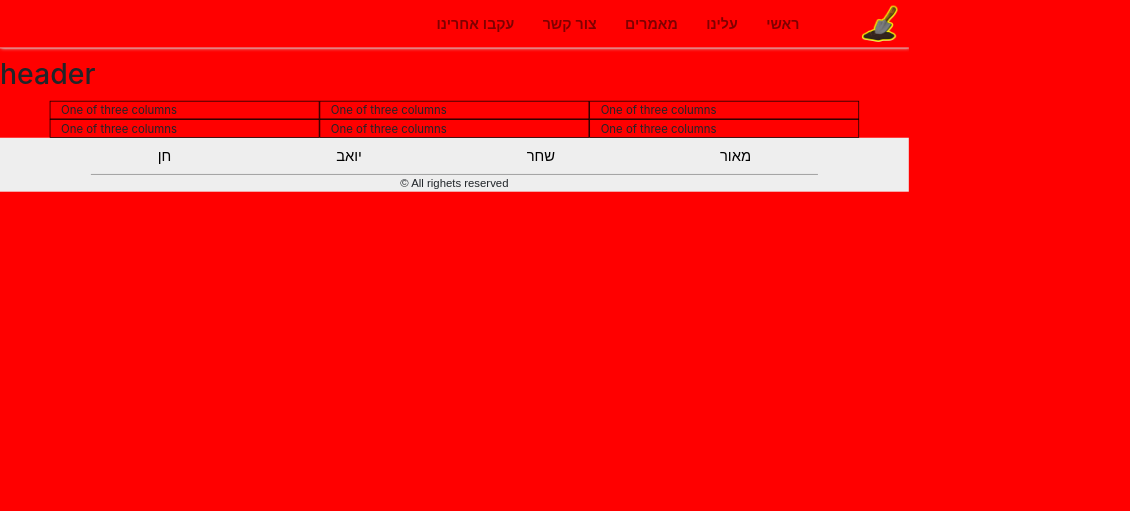
Repository: yoavBenZion/Blog-Zubi
Page: articlesPage.html
An editor plug-in stored every save of this project. The page is shown before and after the next save, followed by the edit.
The browser window is 1280 px wide. The page is 1280 px wide, then 1591 px, then 1280 px, so the pictures cover 1591 px, including what lies to the right of the window. The pictures show the whole page, at 71% of full size.
Some web fonts or font styles are not loaded; a fallback is used. Some web libraries are served in a nearby version.

Above is the page before, as saved 2017-10-26 11:30:46.

### articlesPage.html
<!DOCTYPE html>
<html lang="he">

<head>
    <meta charset="UTF-8">
    <meta name="viewport" content="width=device-width, initial-scale=1,user-scalable=no;">
    <title>החופרים</title>
    <link rel="stylesheet" href="https://maxcdn.bootstrapcdn.com/bootstrap/4.0.0-beta/css/bootstrap.min.css" integrity="sha384-/Y6pD6FV/Vv2HJnA6t+vslU6fwYXjCFtcEpHbNJ0lyAFsXTsjBbfaDjzALeQsN6M"
        crossorigin="anonymous">
    <link rel="stylesheet" href="https://maxcdn.bootstrapcdn.com/bootstrap/4.0.0-beta.2/css/bootstrap.min.css" integrity="sha384-PsH8R72JQ3SOdhVi3uxftmaW6Vc51MKb0q5P2rRUpPvrszuE4W1povHYgTpBfshb"
        crossorigin="anonymous">

    <script src="https://code.jquery.com/jquery-3.2.1.slim.min.js" integrity="sha384-KJ3o2DKtIkvYIK3UENzmM7KCkRr/rE9/Qpg6aAZGJwFDMVNA/GpGFF93hXpG5KkN"
        crossorigin="anonymous"></script>
    <script src="https://cdnjs.cloudflare.com/ajax/libs/popper.js/1.12.3/umd/popper.min.js" integrity="sha384-vFJXuSJphROIrBnz7yo7oB41mKfc8JzQZiCq4NCceLEaO4IHwicKwpJf9c9IpFgh"
        crossorigin="anonymous"></script>
    <script src="https://maxcdn.bootstrapcdn.com/bootstrap/4.0.0-beta.2/js/bootstrap.min.js" integrity="sha384-alpBpkh1PFOepccYVYDB4do5UnbKysX5WZXm3XxPqe5iKTfUKjNkCk9SaVuEZflJ"
        crossorigin="anonymous"></script>
    <link rel="stylesheet" href="css/Gridrispon.css" type="text/css">
    <link rel="stylesheet" href="css/header.css" type="text/css">
    <link rel="stylesheet" href="css/PopupRispon.css">
    <link rel="stylesheet" href="css/footer.css">
    <link rel="stylesheet" type="text/css" href="articlesPage.css">

</head>

<body dir="rtl">
    <header>

        <nav class="navbar navbar-expand-sm navbar-light bg-faded">
            <button class="navbar-toggler" type="button" data-toggle="collapse" data-target="#nav-content" aria-controls="nav-content"
                aria-expanded="false" aria-label="Toggle navigation">
                <span class="navbar-toggler-icon"></span>
            </button>
            <div class="logo">
                <img src="./img/shovel-575661_1280.png">
            </div>
            <!-- Brand -->
            <a class="navbar-brand" href="#"> </a>

            <!-- Links -->
            <div class="collapse navbar-collapse" id="nav-content">
                <ul class="navbar-nav">
                    <li class="nav-item">
                        <a class="nav-link" href="#1">ראשי</a>
                    </li>
                    <li class="nav-item">
                        <a class="nav-link" href="#2">עלינו</a>
                    </li>
                    <li class="nav-item">
                        <a class="nav-link" href="#5">מאמרים</a>
                    </li>
                    <li class="nav-item">
                        <a class="nav-link" href="contact.html">צור קשר</a>
                    </li>
                    <li class="nav-item">
                        <a class="nav-link" href="subscribe.html">עקבו אחרינו</a>
                    </li>
                </ul>

            </div>

        </nav>

    </header>


    <h1>header</h1>
    <div class="container">
        <div class="row">
            <div class="col">
                One of three columns
            </div>
            <div class="col">
                One of three columns
            </div>
            <div class="col">
                One of three columns
            </div>
        </div>
        <div class="row">
            <div class="col">
                One of three columns
            </div>
            <div class="col">
                One of three columns
            </div>
            <div class="col">
                One of three columns
            </div>
        </div>
    </div>

    <footer id="footer">
        <ul>
            <li class="box">
                <a class="button" href="#popup3">
                    מאור
                </a>
            </li>
            <li class="box">
                <a class="button" href="#popup2">
                    שחר
                </a>
            </li>
            <li class="box">
                <a class="button" href="#popup1">
                    יואב
                </a>
            </li>
            <li>
                <a class="button" href="#popup4">
                    חן
                </a>
            </li>
        </ul>
        </div>
        <!--yoav popup-->
        <div id="popup1" class="overlay">
            <div class="popup">
                <h2>Yoav Benzion</h2>
                <a class="close" href="#footer">&times;</a>
                <div class="content">
                    <div class="footer-social-icons">
                        <img class="avatar" src="img/yoav.jfif">
                        <p>front end web developer</p>
                        <h4 class="_14">Follow me on:</h4>
                        <ul class="social-icons">
                            <li>
                                <a href="https://www.facebook.com/yoav.benzion.5" target="_blank" class="social-icon">
                                    <i class="fa fa-facebook"></i>
                                </a>
                            </li>
                            <li>
                                <a href="https://twitter.com/Yoav_BenZion" target="_blank" class="social-icon">
                                    <i class="fa fa-twitter"></i>
                                </a>
                            </li>
                            <li>
                                <a href="https://github.com/yoavBenZion" target="_blank" class="social-icon">
                                    <i class="fa fa-github"></i>
                                </a>
                            </li>
                            <li>
                                <a href="https://codepen.io/yoavBZ/" target="_blank" class="social-icon">
                                    <i class="fa fa-codepen"></i>
                                </a>
                            </li>
                            <li>
                                <a href="https://www.linkedin.com/in/yoav-benzion-45818360/" target="_blank" class="social-icon">
                                    <i class="fa fa-linkedin"></i>
                                </a>
                            </li>
                            <li>
                                <a href="https://stackoverflow.com/users/8386160/yoav-b" target="_blank" class="social-icon">
                                    <i class="fa fa-stack-overflow"></i>
                                </a>
                            </li>
                        </ul>
                    </div>
                </div>
            </div>
        </div>
        <!--Shachar popup-->
        <div id="popup2" class="overlay">
            <div class="popup">
                <h2>Shachar</h2>
                <a class="close" href="#footer">&times;</a>
                <div class="content">
                    <div class="footer-social-icons">
                        <img class="avatar" src="img/kid.jpg">
                        <p>front end web developer</p>
                        <h4 class="_14">Follow me on:</h4>
                        <ul class="social-icons">
                            <li>
                                <a href="" class="social-icon">
                                    <i class="fa fa-facebook"></i>
                                </a>
                            </li>
                            <li>
                                <a href="" class="social-icon">
                                    <i class="fa fa-twitter"></i>
                                </a>
                            </li>
                            <li>
                                <a href="" class="social-icon">
                                    <i class="fa fa-github"></i>
                                </a>
                            </li>
                            <li>
                                <a href="" class="social-icon">
                                    <i class="fa fa-codepen"></i>
                                </a>
                            </li>
                            <li>
                                <a href="" class="social-icon">
                                    <i class="fa fa-linkedin"></i>
                                </a>
                            </li>
                            <li>
                                <a href="" class="social-icon">
                                    <i class="fa fa-stack-overflow"></i>
                                </a>
                            </li>
                        </ul>
                    </div>
                </div>
            </div>
        </div>

        <!--Maor popup-->

        <div id="popup3" class="overlay">
            <div class="popup">
                <h2>Maor</h2>
                <a class="close" href="#footer">&times;</a>
                <div class="content">
                    <div class="footer-social-icons">
                        <img class="avatar" src="img/mona.jpg">
                        <p>front end web developer</p>
                        <h4 class="_14">Follow me on:</h4>
                        <ul class="social-icons">
                            <li>
                                <a href="" class="social-icon">
                                    <i class="fa fa-facebook"></i>
                                </a>
                            </li>
                            <li>
                                <a href="" class="social-icon">
                                    <i class="fa fa-twitter"></i>
                                </a>
                            </li>
                            <li>
                                <a href="" class="social-icon">
                                    <i class="fa fa-github"></i>
                                </a>
                            </li>
                            <li>
                                <a href="" class="social-icon">
                                    <i class="fa fa-codepen"></i>
                                </a>
                            </li>
                            <li>
                                <a href="" class="social-icon">
                                    <i class="fa fa-linkedin"></i>
                                </a>
                            </li>
                            <li>
                                <a href="" class="social-icon">
                                    <i class="fa fa-stack-overflow"></i>
                                </a>
                            </li>
                        </ul>
                    </div>
                </div>
            </div>
        </div>

        <!--Chen popup-->
        <div id="popup4" class="overlay">
            <div class="popup">
                <h2>Chen Ginsberg</h2>
                <a class="close" href="#footer">&times;</a>
                <div class="content">
                    <!--          <div class="footer-social-icons">-->
                    <img class="avatar" src="img/MINER.jpg">
                    <p>front end web developer</p>
                    <h4 class="_14">Follow me on:</h4>
                    <ul class="social-icons">
                        <li>
                            <a href="https://www.facebook.com/chenogi" class="social-icon">
                                <i class="fa fa-facebook"></i>
                            </a>
                        </li>
                        <li>
                            <a href="https://github.com/ChenGinsberg?" class="social-icon">
                                <i class="fa fa-github"></i>
                            </a>
                        </li>
                        <li>
                            <a href="https://www.linkedin.com/in/chen-ginsberg-8829a713b/" class="social-icon">
                                <i class="fa fa-linkedin"></i>
                            </a>
                        </li>
                        <li>
                            <a href="https://stackoverflow.com/users/8377318/chen-ginsberg" class="social-icon">
                                <i class="fa fa-stack-overflow"></i>
                            </a>
                        </li>
                    </ul>
                </div>
            </div>
        </div>



        <div class="footer-bottem" dir="ltr">&copy; All righets reserved </div>
    </footer>
    <script src="https://code.jquery.com/jquery-3.2.1.slim.min.js" integrity="sha384-KJ3o2DKtIkvYIK3UENzmM7KCkRr/rE9/Qpg6aAZGJwFDMVNA/GpGFF93hXpG5KkN"
        crossorigin="anonymous"></script>
    <script src="https://cdnjs.cloudflare.com/ajax/libs/popper.js/1.11.0/umd/popper.min.js" integrity="sha384-b/U6ypiBEHpOf/4+1nzFpr53nxSS+GLCkfwBdFNTxtclqqenISfwAzpKaMNFNmj4"
        crossorigin="anonymous"></script>
    <script src="https://maxcdn.bootstrapcdn.com/bootstrap/4.0.0-beta/js/bootstrap.min.js" integrity="sha384-h0AbiXch4ZDo7tp9hKZ4TsHbi047NrKGLO3SEJAg45jXxnGIfYzk4Si90RDIqNm1"
        crossorigin="anonymous"></script>
</body>

</html>

### css/footer.css
@import url(http://fonts.googleapis.com/earlyaccess/alefhebrew.css);
footer {
  background-color: #eee;
  text-align: center;
  font-family: "Alef Hebrew", sans-serif;
  font-size: 1.3rem;
}

footer ul {
  display: flex;
  flex-direction: row;
  padding-right: 0;
  justify-content: space-evenly;
}

footer ul>li {
  list-style: none;
  padding: 10px;
  /*  background-color: #29C3FF;*/
}

footer ul>li:nth-child(odd) {
  color: #93A2A8;
}

footer ul>li:nth-child(even) {
  color: #E2DDE7;
}

footer ul>li:hover {
  background-color: #fff;
  /*  flex: 1;*/
  /*  font-size: 1.5rem;*/
  color: #E2DD11;
  /*  background-repeat: no-repeat;*/
}


/*
footer ul {
  display: grid;
  grid-template-columns: repeat(4, 1fr);
  grid-auto-rows:minmax(50px, auto);
  margin-right: -40px;
 grid-gap: 0.5em;
}
*/

.about,
.footer-bottem {
  text-align: center;
  width: 80%;
  margin: 0 auto;
}

.about {
  border-bottom: 1px dotted black;
}

.footer-bottem {
  border-top: 0.5px solid grey;
  font-size: 1rem;
}

### css/articlesPage.css
/* Grid */

body {
    background-color: red;
}

.col {
    height: 15%;
    width: 15%;
    border: 1px solid black;
}

Loaded but not shown: css/PopupRispon.css (986 lines, source omitted); css/Gridrispon.css (977 lines, source omitted); css/header.css (no stored copy; drawn as an empty file)

After the next save:
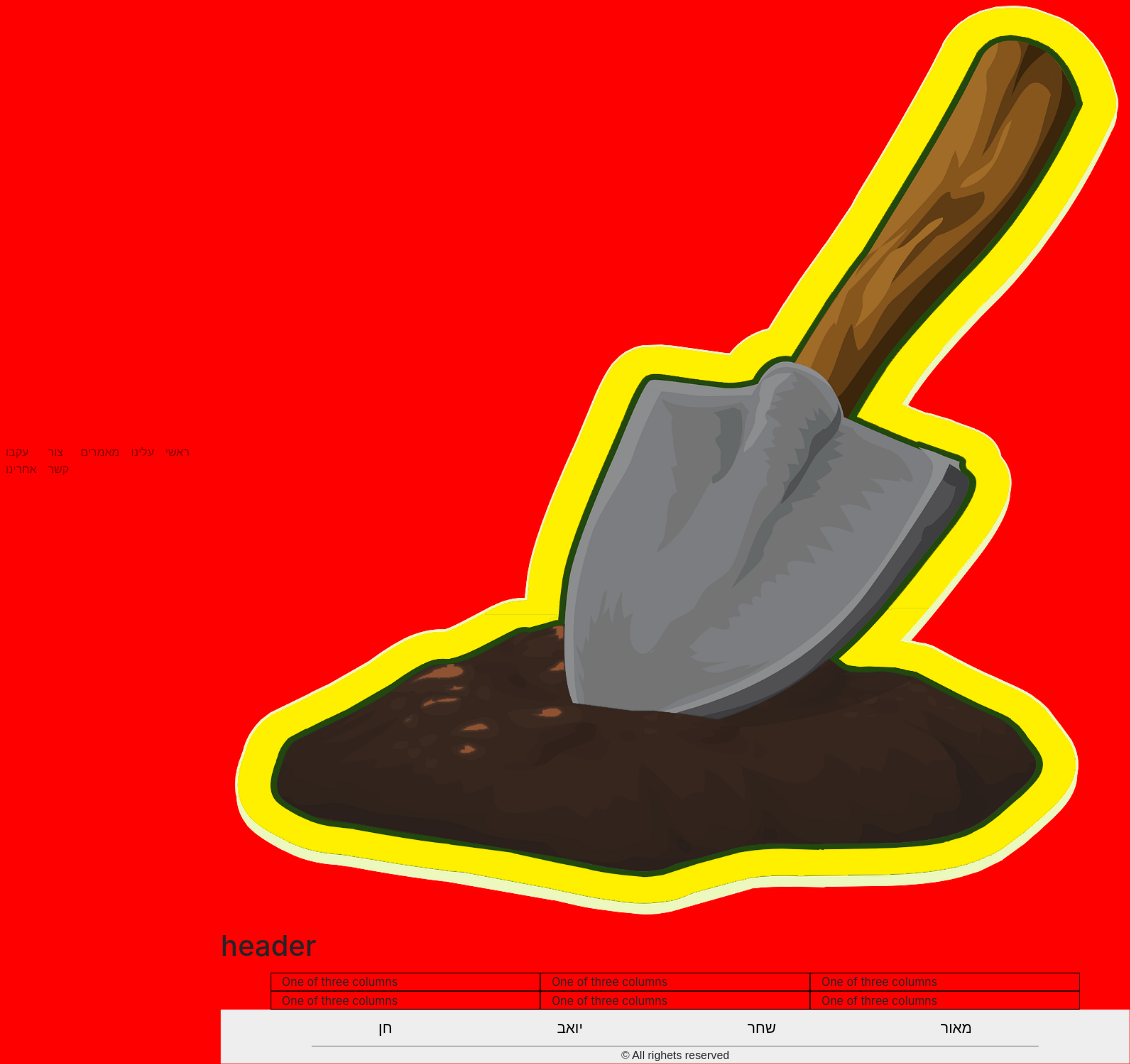
Saved 18 s later.
--- a/articlesPage.html
+++ b/articlesPage.html
@@ -16,7 +16,6 @@
         crossorigin="anonymous"></script>
     <script src="https://maxcdn.bootstrapcdn.com/bootstrap/4.0.0-beta.2/js/bootstrap.min.js" integrity="sha384-alpBpkh1PFOepccYVYDB4do5UnbKysX5WZXm3XxPqe5iKTfUKjNkCk9SaVuEZflJ"
         crossorigin="anonymous"></script>
-    <link rel="stylesheet" href="css/Gridrispon.css" type="text/css">
     <link rel="stylesheet" href="css/header.css" type="text/css">
     <link rel="stylesheet" href="css/PopupRispon.css">
     <link rel="stylesheet" href="css/footer.css">

After the save that followed:
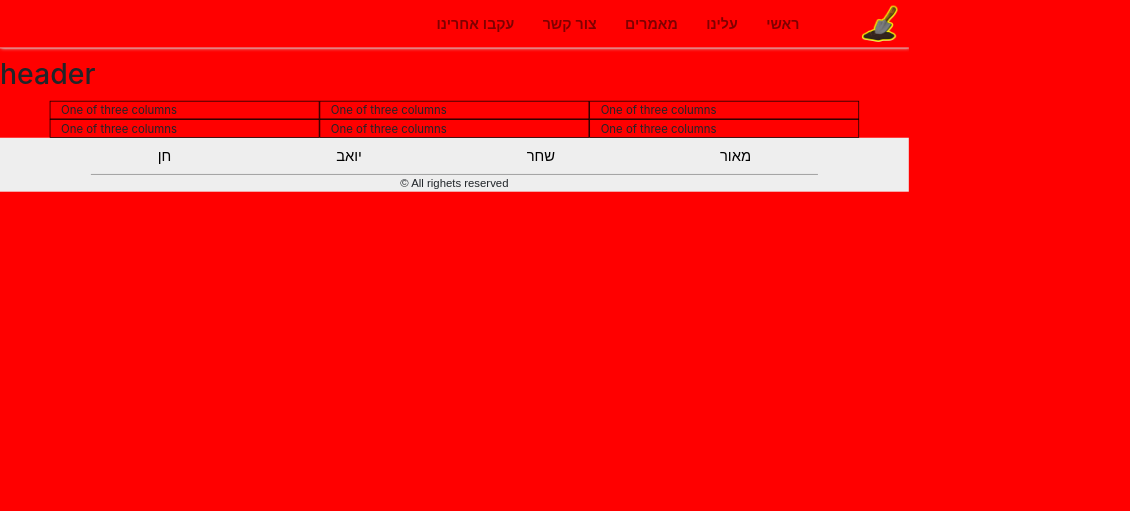
Saved 4 s later.
--- a/articlesPage.html
+++ b/articlesPage.html
@@ -16,6 +16,7 @@
         crossorigin="anonymous"></script>
     <script src="https://maxcdn.bootstrapcdn.com/bootstrap/4.0.0-beta.2/js/bootstrap.min.js" integrity="sha384-alpBpkh1PFOepccYVYDB4do5UnbKysX5WZXm3XxPqe5iKTfUKjNkCk9SaVuEZflJ"
         crossorigin="anonymous"></script>
+    <link rel="stylesheet" href="css/Gridrispon.css" type="text/css">
     <link rel="stylesheet" href="css/header.css" type="text/css">
     <link rel="stylesheet" href="css/PopupRispon.css">
     <link rel="stylesheet" href="css/footer.css">
